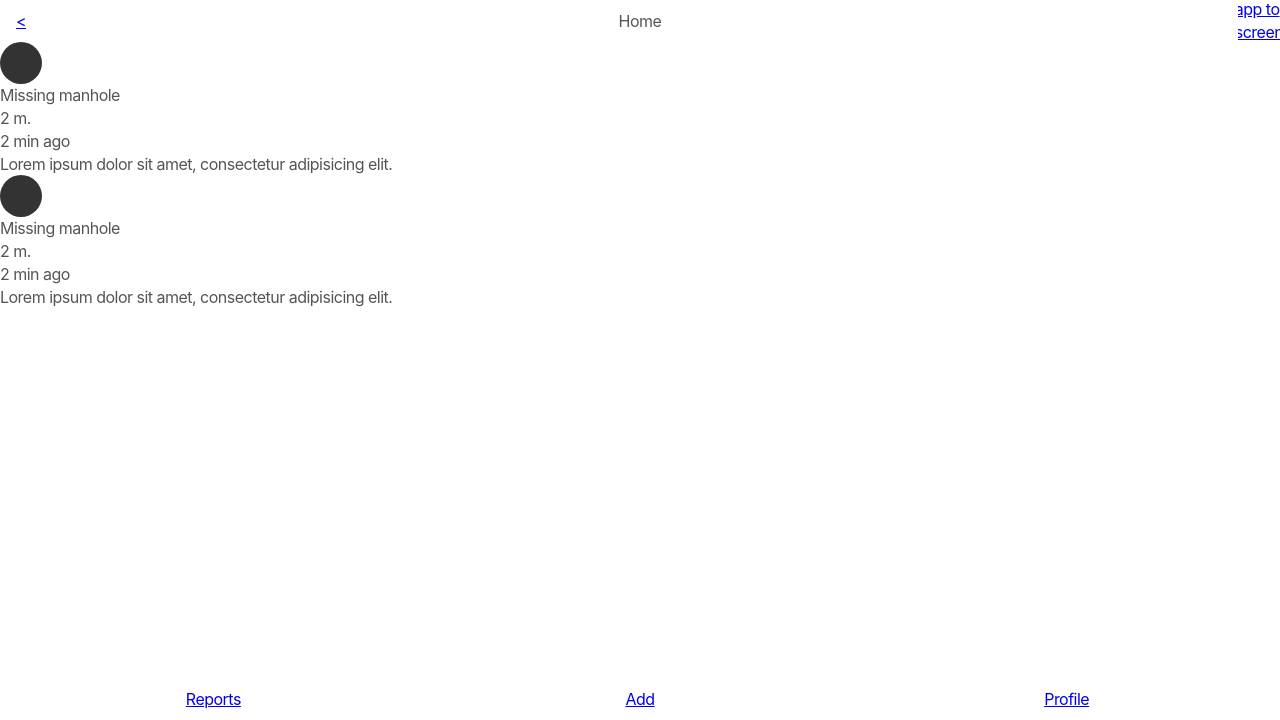
Repository: aleksandrenko/html-css-playground
Page: reports.html
These files come from the project's save history. The page is drawn as it stood at one moment and after the next save; the edit follows.
The browser window is 1280 px wide. The pictures show the whole page.

Above is the page before, as saved 2018-01-19 16:57:27.

After the next save:
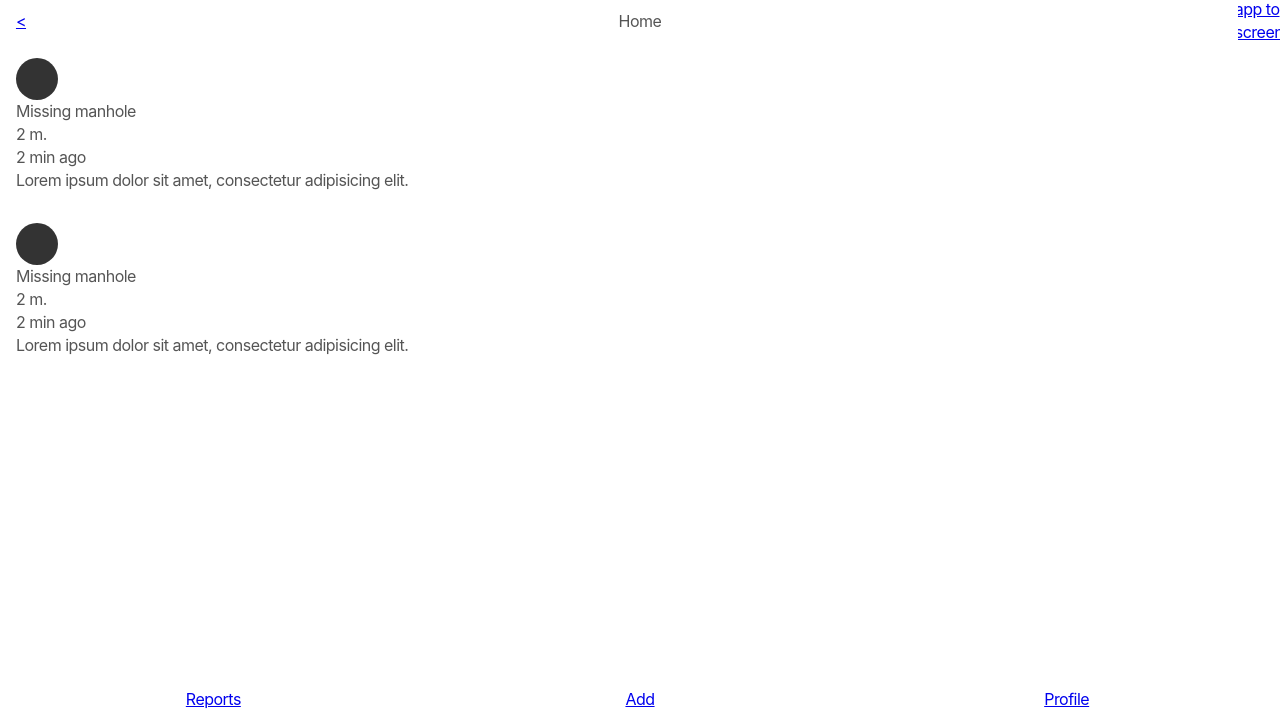
Saved 6 s later.
--- a/css/pages/reports.css
+++ b/css/pages/reports.css
@@ -6,7 +6,7 @@ reports {
 reports report {
   display: flex;
   flex-direction: column;
-  pad: 1rem;
+  padding: 1rem;
 }
 
 reports report picture {
